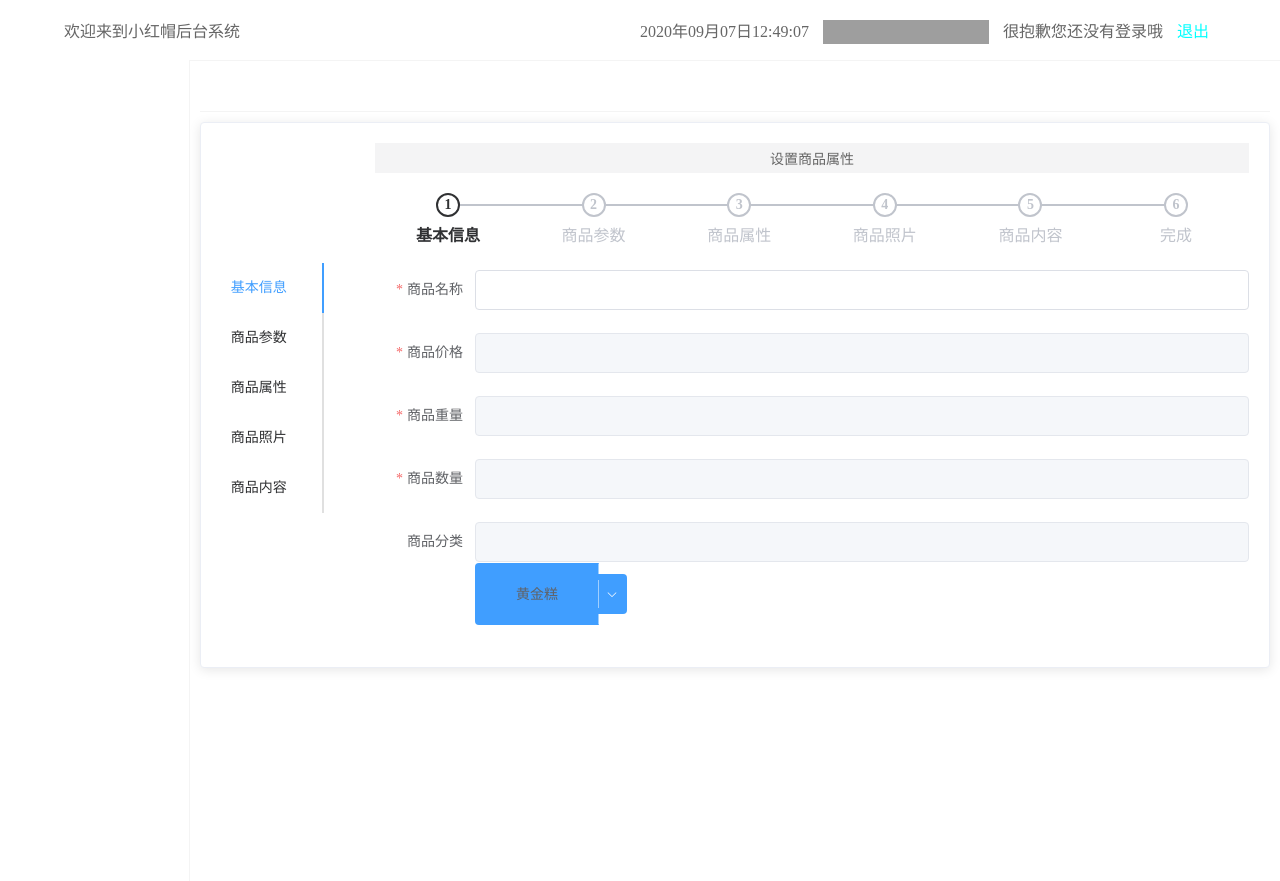
Repository: jinggegeZ/whitesystem
Page: /goods/addGoods
An editor plug-in stored every save of this project. The page is shown before and after the next save, followed by the edit.
The browser window is 1280 px wide. The pictures show the whole page.
Pictures or frames that could not be fetched are drawn as grey boxes. The page's requests for data from a server got no answer. The project was rebuilt for these pictures with package versions that can differ from the ones it lists, and the page was loaded fresh each time. No one was signed in, and anything a server would have sent is missing. Also part of the build but not shown: vue.config.js, src/views/Home.vue.

Above is the page before, as saved 2020-09-07 14:20:28.

### public/index.html
<!DOCTYPE html>
<html lang="en">
  <head>
    <meta charset="utf-8">
    <meta http-equiv="X-UA-Compatible" content="IE=edge">
    <meta name="viewport" content="width=device-width,initial-scale=1.0">
    <link rel="icon" href="<%= BASE_URL %>favicon.ico">
    <title><%= htmlWebpackPlugin.options.title %></title>
  </head>
  <body>
    <noscript>
      <strong>We're sorry but <%= htmlWebpackPlugin.options.title %> doesn't work properly without JavaScript enabled. Please enable it to continue.</strong>
    </noscript>
    <div id="app"></div>
    <!-- built files will be auto injected -->

     <!--[if lte IE 9]>
    <div style='position:absolute; top: 50%; left:50%; margin-top: -50px;margin-left: -400px; align-items: center;justify-content: center;'>
      <div style='width: 800px; height: 100px;text-align: center'>
        <h1>
        您的浏览器版本过低 请下载最新的谷歌浏览器
      </h1>
      <div style='text-align: center;width: 800px'>
        <a href=''>下载谷歌浏览器点此链接</a>
      </div>
      </div>
    </div>
  <![endif]-->
  </body>

</html>

### src/main.js
import Vue from "vue";
import App from "./App.vue";
import router from "./router";
import store from "./store";
import './bus'
import ElementUI from 'element-ui'
import 'element-ui/lib/theme-chalk/index.css'
import dayjs from 'dayjs'
import echarts from "echarts"

dayjs().format();
Vue.use(ElementUI)
Vue.config.productionTip = false;
Vue.prototype.$echarts = echarts

new Vue({
  router,
  store,
  render: h => h(App)
}).$mount("#app");

### src/App.vue
<template>
  <div id="app">
    <router-view />
  </div>
</template>

<style lang="scss">
@import '../src/style/style'
</style>

### src/store/index.js
import Vue from "vue";
import Vuex from "vuex";
import user from "./user/user";
import order from "./order/order"
import goods from "./goods/goods"

Vue.use(Vuex);

export default new Vuex.Store({
  state: {},
  mutations: {},
  actions: {},
  modules: {
    user,
    order,
    goods
  }
});

### src/bus/index.js
import Vue from 'vue'
const bus = new Vue()
Vue.prototype.$bus = bus

### src/style/style.css
* {
    margin: 0;
    padding: 0;
}

#app {
    width: 100%;
    height: 100%;
}
.el-menu-item {
    min-width: 100px !important;
}
html {
    width: 100%;
    height: 100%;
}

body {
    width: 100%;
    height: 100%;
}

/* 登录页面 */
.login {
    width: 100%;
    height: 100%;
}

.loginbox {
    width: 100%;
    height: 100%;
    display: flex;
    justify-content: center;
    align-items: center;

}

.loginboximg {
    width: 100%;
    height: 100%;
    position: absolute;

}

.msgbox {
    width: 636px;
    height: 400px;
    background: rgb(255, 255, 255);
    border: 1px solid rgb(204, 204, 204);
    z-index: 99;
    position: absolute;
    border-radius: 5px;
}

.topbox {
    width: 100%;
    height: 79px;
    font-size: 22px;
    display: flex;
    justify-content: space-around;
    align-items: center;
    border-bottom: 1px solid rgb(204, 204, 204);
    font-weight: 700;

}
.el-form {
    width: 100%;
}
.topinpuit {
    width: 100%;
    height: 60px;
    display: flex;
    justify-content: center;
    align-items: center;
}
.topinpuit1 {
    width: 100%;
    height: 60px;
    display: flex;
    justify-content: center;

    margin-top: 20px;
}
.topinputfont {
    width: 100%;
    height: 80px;
    display: flex;
    justify-content: center;
    font-size: 14px;
    align-items: center;
}
.topinpuit1-2 {
    width: 90%;
    display: flex;
    justify-content: center;
    align-items: center;
}
.topinpuit1-1 {
    width: 90%;
    display: flex;
    justify-content: center;
    align-items: center;
}
.submit {
    width: 100%;
    height: 80px;
    display: flex;
    justify-content: center;
    align-items: center;

}
/* layout部分 */
.layout-homebox {
    width: 100%;
    height: 100%;

}
.layout-topbox {
    width: 100%;
    height: 60px;
}
.layout-navbox {
    width: 100%;
    display: flex;

}
.layout-leftbox {
    width: 15%;
    min-height: 800px;
    height: 100%;

}
.layout-sonbox {
    padding: 10px;
    width: 85%;
    min-height: 800px;
    height: 100%;
    border-top: 1px solid rgb(244,244,244);
    border-left: 1px solid rgb(244,244,244);
}
.layout-sonbox-top {
    width: 100%;
    height: 40px;
    border-bottom: 1px solid rgb(244,244,244);
    display: flex;
    align-items: center;
}
.layout-sonbox-top-item {
    padding: 3px 15px;
    font-size: 12px;
    border: 1px solid rgb(224,224,224);
    margin-left: 10px;
    border-radius: 5px;
}
.layout-sonbox-top-item:hover {
    background: rgb(7, 170, 235);
    color: white;
}
.layout-sonbox-top-item:hover .vis {
    visibility: visible;

}
.vis {
    visibility: hidden;
}
.layout-sonbox-top-item2 {
    margin-left: 10px;
    margin-right: 10px;

}
.layout-sonbox-box {
    margin-top: 10px;
}
/* 头部样式 */
.top-Box {
    width: 100%;
    height: 60px;
    display: flex;
    justify-content: center;
    align-items: center;

}
.top-box {
    width: 90%;
    height: 60px;
    display: flex;
    justify-content: space-between;
    align-items: center;
}
.top-box-left {
    width: 50%;
    height: 100%;
    font-size: 16px;
    color: #666;
    display: flex;
    align-items: center;
}
.top-box-right {
    width: 590px;
    height: 100%;
    font-size: 20px;
    color: #666;
    display: flex;
    justify-content: space-around;
    align-items: center;
    font-size: 16px;
}
.logout {
    color: aqua;
}
.weather {
    height: 21px;
}
iframe{
    width: 166px;
}
iframe html{
    width: 166px;
}
iframe body{
    width: 166px;
}

### src/views/layout1/layout.vue
<template>
  <div class="layout-homebox">
    <div class="layout-topbox">
      <topbox></topbox>
    </div>
    <div class="layout-navbox">
      <div class="layout-leftbox">
        <leftbox></leftbox>
      </div>
      <div class="layout-sonbox">
      <used></used>
        <div class="layout-sonbox-box">
          <template>
            <router-view />
          </template>
        </div>
      </div>
    </div>
  </div>
</template>

<script>
import topbox from "../../components/topbox/topbox";
import leftbox from "../../components/leftbox/leftbox";
import used from "../../components/used/used"
export default {
  name: "",
  props: {},
  components: {
    topbox,
    leftbox,
    used
  },
  data() {
    return {};
  },
  methods: {},
  mounted() {},
  watch: {},
  computed: {}
};
</script>

<style scoped lang='scss'>
</style>

### src/views/addGoods/addGoods.vue
<template>
  <div>
    <el-card class="box-card">
      <div class="contaner">
        <div class="leftbox">
          <div>
            <div
              class="itembox"
              v-for="(item,index) in tablist"
              :key="index"
              :class="[activeindex == index ? 'activeclass' : '']"
              @click="choseindex(index)"
            >{{item.title}}</div>
          </div>
        </div>
        <div class="rightbox">
          <!-- 设置商品属性 -->
          <div class="titlebox">设置商品属性</div>
          <!-- 步骤条 -->
          <div>
            <el-steps :active="activeindex" finish-status="success" align-center>
              <el-step title="基本信息"></el-step>
              <el-step title="商品参数"></el-step>
              <el-step title="商品属性"></el-step>
              <el-step title="商品照片"></el-step>
              <el-step title="商品内容"></el-step>
              <el-step title="完成"></el-step>
            </el-steps>
          </div>
          <!-- 基本信息 -->
          <div v-if="activeindex === 0">
            <div class="msgbox1">
              <el-form
                :model="ruleForm"
                :rules="rules"
                ref="ruleForm"
                label-width="100px"
                class="demo-ruleForm"
              >
                <el-form-item label="商品名称" prop="goodsname">
                  <el-input v-model="ruleForm.goodsname"></el-input>
                </el-form-item>
                 <el-form-item label="商品价格" prop="goodsprice">
                  <el-input v-model="ruleForm.goodsprice" :disabled="ruleForm.goodsname === '' ? true : false"></el-input>
                </el-form-item>
                 <el-form-item label="商品重量" prop="goodsweight">
                  <el-input v-model="ruleForm.goodsweight" :disabled="ruleForm.goodsprice === '' ? true : false"></el-input>
                </el-form-item>
                 <el-form-item label="商品数量" prop="goodsnumber">
                  <el-input v-model="ruleForm.goodsnumber" :disabled="ruleForm.goodsweight === '' ? true : false"></el-input>
                </el-form-item>
                 <el-form-item label="商品分类" prop="goodsclass">
                  <div>
                    <el-input v-model="ruleForm.goodsclass" :disabled="ruleForm.goodsnumber === '' ? true : false"></el-input>
                    <el-dropdown split-button type="primary" @click="handleClick">
                    <el-dropdown-menu slot="dropdown">
                      </el-dropdown-menu>
                        <el-dropdown-item>黄金糕</el-dropdown-item>
                    </el-dropdown>
                  </div>

                </el-form-item>
              </el-form>
            </div>
          </div>
          <div v-if="activeindex === 1">2</div>
          <div v-if="activeindex === 2">3</div>
          <div v-if="activeindex === 3">4</div>
          <div v-if="activeindex === 4">5</div>
        </div>
      </div>
    </el-card>
  </div>
</template>

<script>
import { createNamespacedHelpers } from "vuex";
const userModule = createNamespacedHelpers("goods");
const { mapState, mapActions } = userModule;
export default {
  name: "addGoods",
  props: {},
  components: {},
  data() {
    return {
      type:"",
      pagenum:"",
      pagesize:"",
      activeindex: 0,
      tablist: [
        {
          title: "基本信息",
          id: "tab-0"
        },
        {
          title: "商品参数",
          id: "tab-1"
        },
        {
          title: "商品属性",
          id: "tab-2"
        },
        {
          title: "商品照片",
          id: "tab-3"
        },
        {
          title: "商品内容",
          id: "tab-4"
        }
      ],
      ruleForm: {
        goodsname: "",
        goodsprice:"",
        goodsweight:"",
        goodsnumber:"",
      },
      rules: {
        goodsname: [
          { required: true, message: "请输入活动名称", trigger: "blur" },
          { min: 3, max: 5, message: "长度在 3 到 5 个字符", trigger: "blur" }
        ],
        goodsprice: [
          { required: true, message: "请输入商品价格", trigger: "blur" },
          { min: 1, message: "价至少大于1", trigger: "blur" }
        ],
        goodsweight: [
          { required: true, message: "请输入商品重量", trigger: "blur" },
          { message: "商品重量不能为空", trigger: "blur" }
        ],
        goodsnumber: [
          { required: true, message: "请输入商品数量", trigger: "blur" },
          { message: "商品数量不能为空", trigger: "blur" }
        ],
      }
    };
  },
  methods: {
     //展开符运算
    ...mapActions([
      "getcategories"
    ]),
    //选中index
    choseindex(index) {
      this.activeindex = index;
    },
    //获取goodslist
    getgoodslist(){
      this.getcategories({
        type:this.type, pagenum:this.pagenum, pagesize:this.pagesize
      })
    }
  },
  mounted() {
    this. getgoodslist()
  },
  watch: {},
  computed: {...mapState(["goodslist"])}
};
</script>

<style scoped lang='scss'>
.contaner {
  display: flex;
  min-height: 500px;
  justify-content: space-between;
}
.leftbox {
  font-size: 14px;
  width: 10%;
  height: 350px;
  margin-top: 120px;
}
.itembox {
  height: 50px;
  border-right: 2px solid rgb(224, 224, 224);
  line-height: 50px;
  margin-left: 10px;
}
.rightbox {
  width: 85%;
}
.activeclass {
  color: rgb(64, 158, 255);
  border-right: 2px solid rgb(64, 158, 255);
}
.titlebox {
  width: 100%;
  height: 30px;
  display: flex;
  justify-content: center;
  align-items: center;
  font-size: 14px;
  color: #666;
  margin-bottom: 20px;
  background: rgb(244, 244, 245);
}
.msgbox {
  margin-top: 30px;
}
.msgbox1 {
  width: 100%;
  margin-top: 20px;
}
</style>

### src/store/order/order.js
import api from '../../http/api'
import { Message } from 'element-ui'
import dayjs from "dayjs"
import Vue from 'vue'

export default {
  // 开启命名空间 这个文件就是单独的一个vuex的模块
  namespaced: true,
  state: {
    orders: []
  },
  mutations: {
    setMenus(state, data) {
      state.orders = data
    },
    settotal(state, data) {
      state.total = data
    },
  },
  actions: {
    async getorders({ commit }, { query, pagenum, pagesize, user_id, pay_status, is_send, order_fapiao_title, order_fapiao_company, order_fapiao_content, consignee_addr }) {
      try {
        let res = await api.getorders({
          pagenum,
          pagesize,
          query,
          user_id,
          pay_status,
          is_send,
          order_fapiao_title,
          order_fapiao_company,
          order_fapiao_content,
          consignee_addr
        })
        if (res.meta.status === 200) {
          console.log(res.data);
          res.data.goods.map(item => {
            item.create_time = dayjs(item.create_time).format("YYYY-MM-DD/HH-mm-ss")
            if(item.pay_status === "0"){
              Vue.set(item,"pay_statuss","未付款")
            }
            if(item.pay_status === "1"){
              Vue.set(item,"pay_statuss","已付款")
            }

          })
          commit('setMenus', res.data.goods)
          commit('settotal', res.data.total)
        } else {
          Message.error(res.meta.msg)
        }
      } catch (err) {
        console.log(err);
      }
    }
  },
}

### src/store/goods/goods.js
import api from '../../http/api'
import { Message } from 'element-ui'
import dayjs from "dayjs"
// import Vue from 'vue'

export default {
    // 开启命名空间 这个文件就是单独的一个vuex的模块
    namespaced: true,
    state: {
        goods: [],
        total: 0,
        goodslist: []
    },
    mutations: {
        setgoods(state, data) {
            state.goods = data
        },
        settotal(state, data) {
            state.total = data
        },
        setgoodstotal(state, data) {
            state.goodslist = data
        }
    },
    actions: {
        //获取商品列表
        async getgoods({ commit }, { query, pagenum, pagesize }) {
            try {
                let res = await api.getgoods({
                    pagenum,
                    pagesize,
                    query,
                })
                if (res.meta.status === 200) {
                    console.log(res.data);
                    res.data.goods.map(item => {
                        item.create_time = dayjs(item.create_time).format("YYYY-MM-DD/HH-mm-ss")
                    })
                    commit("setgoods", res.data.goods)
                    commit("settotal", res.data.total)
                }
            } catch{
                err => {
                    console.log(err);
                }
            }
        },
        //删除商品
        async deletegoods({ dispatch }, { id, query, pagenum, pagesize }) {
            let res = await api.deletegoods({ id })
            try {
                if (res.meta.status === 200) {
                    Message.success('删除成功')
                    dispatch('getgoods', {
                        query, pagenum, pagesize
                    })
                }

            } catch (err) {
                console.log(err);
            }

        },
        //获取商品分类
        async getcategories({ commit }, { type, pagenum, pagesize }) {
            let res = await api.getcategories({
                type, pagenum, pagesize
            })
            try {
                if (res.meta.status === 200) {
                    console.log(res.data);
                    commit("setgoodstotal", res.data)

                }
            } catch (err) {
                console.log(err);
            }
        }
    },

}

### src/components/topbox/topbox.vue
<template>
  <div>
    <div class="top-Box">
      <div class="top-box">
        <div class="top-box-left">欢迎来到小红帽后台系统</div>
        <div class="top-box-right">
          <div>{{ nowDate }}{{ nowTime }}</div>
          <div class="weather"><iframe scrolling="no" src="https://tianqiapi.com/api.php?style=tf&skin=cherry" frameborder="0" width="400" height="24" allowtransparency="true"></iframe></div>
          <div v-if="this.adminUser">亲爱的：{{adminUser.username}}</div>
          <div v-else>很抱歉您还没有登录哦</div>
          <div @click="logout" class="logout">退出</div>
        </div>
      </div>
    </div>
  </div>
</template>
<script>
export default {
  name: "",
  props: {},
  components: {},
  data() {
    return {
      nowDate: null, //存放年月日变量
      nowTime: null, //存放时分秒变量
      timer: "", //定义一个定时器的变量
      currentTime: new Date(), // 获取当前时间
      adminUser:[], //获取用户信息
      adminToken:"", //获取令牌
    };
  },
  methods: {
    //获取时间
    getTime() {
      const date = new Date();
      const year = date.getFullYear();
      const month = date.getMonth() + 1;
      const day = date.getDate();
      const hour = date.getHours();
      const minute = date.getMinutes();
      const second = date.getSeconds();
      this.month = check(month);
      this.day = check(day);
      this.hour = check(hour);
      this.minute = check(minute);
      this.second = check(second);
      function check(i) {
        const num = i < 10 ? "0" + i : i;
        return num;
      }
      this.nowDate = year + "年" + this.month + "月" + this.day + "日";
      this.nowTime =
        this.hour + ":" + this.minute + ":" + this.second ;
    },
    //退出登录
    logout(){
      localStorage.removeItem('adminUser')
      this.$router.push('/login')
    },

  },
  mounted() {
    //获取时间
    this.timer = setInterval(this.getTime, 1000);
    //获取个人信息
    this.adminUser = JSON.parse(localStorage.getItem('adminUser'))
    this.adminToken = localStorage.getItem('adminToken')




  },
  beforeDestroy() {
    if (this.timer) {
      clearInterval(this.timer); // 在Vue实例销毁前，清除定时器
    }

  },
  watch: {},
  computed: {

  }
};
</script>

<style scoped lang='scss'>
</style>

### src/components/leftbox/leftbox.vue
<template>
  <div>
    <el-menu :default-active="$route.path" unique-opened router>
      <template v-for="item in menus">
        <el-submenu :index="item.path" :key="item.id" v-if="item.children">
          <template slot="title">
            <i :class="item.icon"></i>
            <span>{{ item.authName }}</span>
          </template>
          <el-menu-item-group>
            <el-menu-item
              :index="children.path"
              v-for="children in item.children"
              :key="children.path"
            >
              <i :class="children.icon"></i>
              <span
                slot="title"
                @click="chose(children.path, children.authName)"
              >{{ children.authName }}</span>
            </el-menu-item>
          </el-menu-item-group>
        </el-submenu>
        <el-menu-item :index="item.path" :key="item.path" v-else>
          <span slot="title">{{ item.authName }}</span>
        </el-menu-item>
      </template>
    </el-menu>
  </div>
</template>

<script>
import { createNamespacedHelpers } from "vuex";
const userModule = createNamespacedHelpers("user");
const { mapState: userState, mapActions: userActions } = userModule;
export default {
  name: "",
  props: {},
  components: {},
  data() {
    return {
      activeIndex: "/index",
      addresslist: []
    };
  },
  methods: {
    ...userActions(["getMenus"]),
    //选择子元素
    chose(path, name) {
      // console.log(path, name);
      let arr = JSON.parse(localStorage.getItem("uesdTabs"));
      if (arr) {
        // 去重
        let length = arr.filter(item => {
          return item.path === path;
        }).length;

        if (length === 0) {
          arr.push({
            path: path,
            name: name
          });
        }
      } else {
        arr = [];
        arr.push({
          path: path,
          name: name
        });
      }
      localStorage.setItem("uesdTabs", JSON.stringify(arr));
    }
  },
  mounted() {
    this.getMenus();
  },
  watch: {},
  computed: {
    ...userState(["menus"])
  }
};
</script>

<style scoped lang='scss'>
</style>

### src/components/used/used.vue
<template>
  <div>
    <div class="layout-sonbox-top" >
      <div class="layout-sonbox-top-item" v-for="item in Tabs" :key="item.path">
        <span class="vis">●</span> <span class="layout-sonbox-top-item2">{{item.name}}</span><span class="vis" @click="deletes(item)">X</span>
      </div>
    </div>
  </div>
</template>

<script>
export default {
  name: "used",
  props: {},
  components: {},
  data() {
    return {
      Tabs: []
    };
  },
  methods: {
    //获取local
    getlocal(){
      if (localStorage.getItem("uesdTabs")) {
      this.Tabs = JSON.parse(localStorage.getItem("uesdTabs"))
      // console.log(this.Tabs);
    }
    },
    //删除元素
    deletes(item){
      console.log(item);
    }
  },
  mounted() {
  this.getlocal()
  },
  watch: {
        // 监听路由跳转
    "$route.path": {
      handler(val) {
        this.getlocal();
        // console.log("菜单：", val);
        this.currentPath = val; //val是路由跳转的path
      },
      immediate: true, //立即执行
    },
  },
  computed: {

  }
};
</script>

<style scoped lang='scss'>
</style>

### src/http/index.js
import axios from 'axios'
import nprogress from 'nprogress'
import {Message} from 'element-ui'

// 运行环境: 本地环境:devlpment 和线上(生产)环境: production
const isPro = process.env.NODE_ENV === 'production'

// 创建一个axios的实例
const service = axios.create({
  // 基础路径: 需要根据当前的运行环境来判断
  baseURL: isPro ? '线上的接口路径' : '/api',
  // 超时时间
  timeout: 100000
})


// 请求拦截: 每一次发请求都会做的事情
service.interceptors.request.use((config) => {
  nprogress.start()
  // 前后端鉴权
  // jwt: JSON WEB TOKEN
  // 登录成功之后 后端会返回一个令牌
  let token = localStorage.getItem('adminToken')
  if (token) {
    // 需要在请求头当中添加token
    config.headers['Authorization'] = token
  }
  return config
}, err => {
  nprogress.done()
  return Promise.reject(err)
})


// 响应拦截: 每一次接口返回数据的时候都会做的事情
service.interceptors.response.use((res) => {
  nprogress.done()
  return res.data
}, err => {
  if (err.response && err.response.status) {
    // 错误请求的状态码
    let status = err.response.status
    if (status === 400) {
      Message.error('参数错误')
    }
    if (status === 401) {
      Message.error('登录过期,请重新登录')
    }
    if (status === 403) {
      Message.error('没有权限')
    }
    if (status === 404) {
      Message.error('接口路径错误')
    }
    if (status === 500) {
      Message.error('服务器出错')
    }
    if (status === 503) {
      Message.error('服务器在维护')
    }
  }
  return Promise.reject(err)
})


export default service

Loaded but not shown: src/store/user/user.js (286 lines, source omitted); src/router/index.js (191 lines, source omitted); src/http/api.js (94 lines, source omitted)

After the next save:
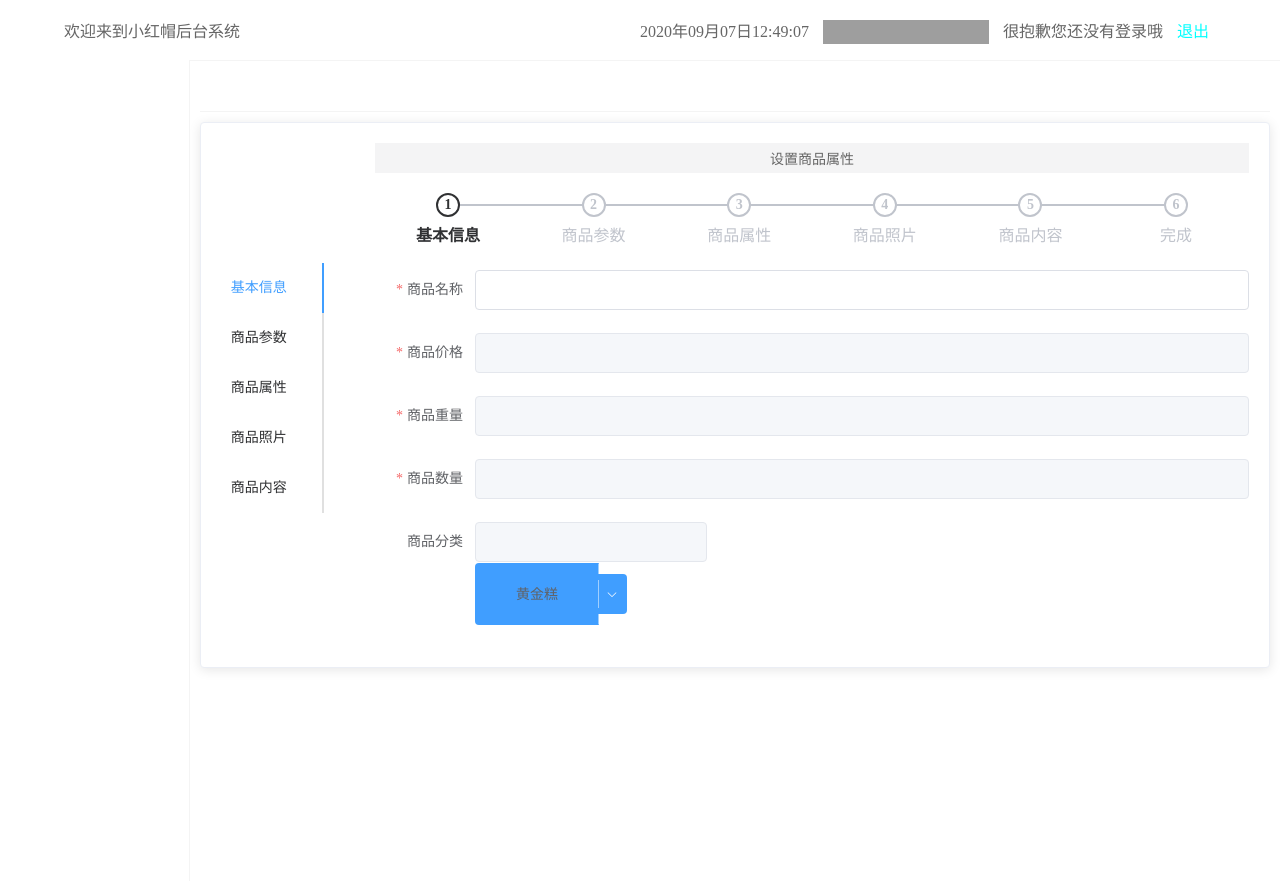
Saved 60 s later.
--- a/src/views/addGoods/addGoods.vue
+++ b/src/views/addGoods/addGoods.vue
@@ -50,7 +50,7 @@
                   <el-input v-model="ruleForm.goodsnumber" :disabled="ruleForm.goodsweight === '' ? true : false"></el-input>
                 </el-form-item>
                  <el-form-item label="商品分类" prop="goodsclass">
-                  <div>
+                  <div class="openinput">
                     <el-input v-model="ruleForm.goodsclass" :disabled="ruleForm.goodsnumber === '' ? true : false"></el-input>
                     <el-dropdown split-button type="primary" @click="handleClick">
                     <el-dropdown-menu slot="dropdown">
@@ -202,4 +202,8 @@ export default {
   width: 100%;
   margin-top: 20px;
 }
+.openinput {
+  width: 30%;
+
+}
 </style>
